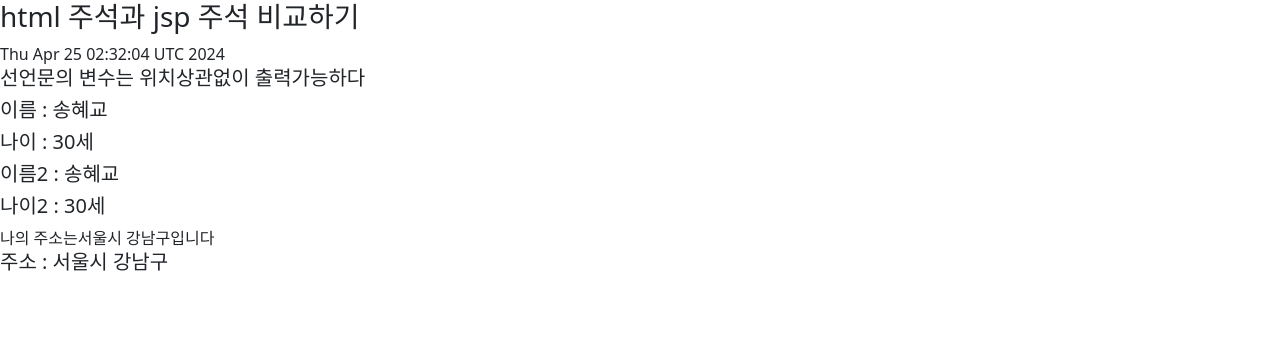
Repository: hyuck9409/newnaver0314
Page: http://localhost/StartWebProject/ex1_hello.jsp
The author's editor kept a copy of each file at every save. The page is drawn from the files as they stood at one save, then again after the next save.
The browser window is 1280 px wide. The pictures show the whole page.
The page is served by Tomcat 9.

Above is the page before, as saved 2024-04-25 05:46:22.

After the next save:
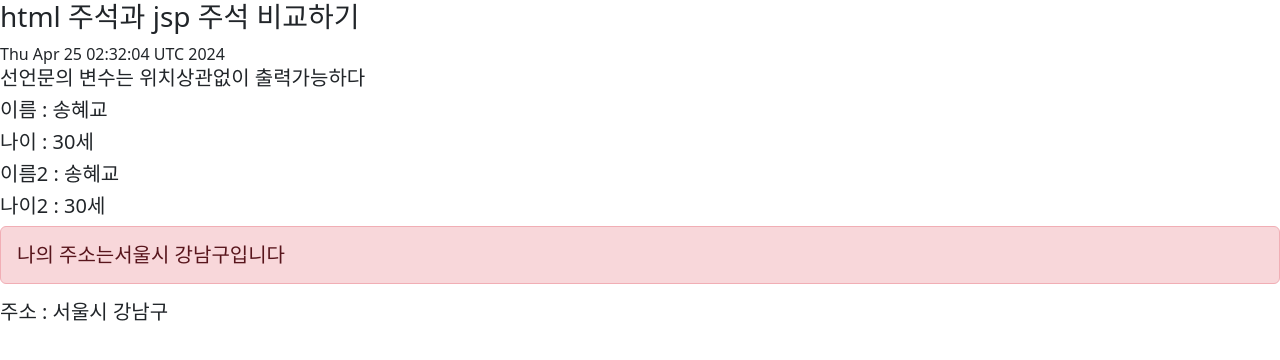
Saved 83 s later.
--- a/naver0314devops11/javawork/StartWebProject/src/main/webapp/ex1_hello.jsp
+++ b/naver0314devops11/javawork/StartWebProject/src/main/webapp/ex1_hello.jsp
@@ -46,7 +46,7 @@
 	//자바영역:서블릿변환시 특정 메소드 내의 지역변수로 선언된다
 	String addr="서울시 강남구";
 	//내장객체중 out 을 이용해서 출력해도 된다
-	out.print("나의 주소는"+addr+"입니다<br>");
+	out.print("<h5 class='alert alert-danger'>나의 주소는"+addr+"입니다</h5>");
 	%>
 	<h5>주소 : <%=addr %></h5>
 </body>
